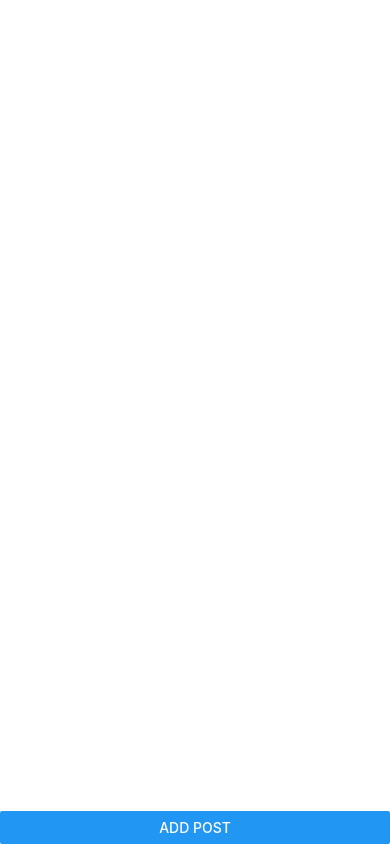
Repository: ntu34543/React-Native
Screen: / (app in demo/)
These files come from the project's save history. The screen is drawn as it stood at one moment and after a run of saves; the edit follows.
The page's requests for data from a server got no answer. The app was drawn by React Native's web renderer in a window 390 px wide. The project was rebuilt for these pictures with package versions that can differ from the ones it lists, and the page was loaded fresh each time. No one was signed in, and anything a server would have sent is missing.

Above is the screen before, as saved 2022-09-13 11:36:18.

### demo/App.js
import { StatusBar } from "expo-status-bar";
import { useEffect, useState } from "react";
import { Button, FlatList, StyleSheet, Text, View, TouchableOpacity } from "react-native";
import { AntDesign } from "@expo/vector-icons";

export default function App() {
  const [data, setData] = useState([]);

  const getPosts = () => {
    fetch("https://6995-14-224-144-137.ap.ngrok.io/posts")
      .then((res) => res.json())
      .then((resJson) => {
        console.log("data", resJson);
        setData(resJson);
      })
      .catch((e) => console.error(e));
  };

  const addPosts = (title, author) => {
    fetch("https://6995-14-224-144-137.ap.ngrok.io/posts", {
      method: "POST",
      headers: {
        "Content-Type": "application/json",
        Accept: "application/json",
      },
      body: JSON.stringify({
        title: title,
        author: author,
      }),
    })
      .then((res) => res.json())
      .then((resJson) => {
        console.log("data", resJson);
        setData(resJson);
      })
      .catch((e) => console.error(e));
  };

  useEffect(() => {
    getPosts();
  }, []);
  return (
    <View style={styles.container}>
      <StatusBar style="auto" />
      <FlatList
        data={data}
        keyExtractor={(item, index) => index.toString()}
        renderItem={({ item }) => {
          return (
            <View style={styles.container}>
              <Text>{item.title}</Text>
              <Text>{item.author}</Text>
              <TouchableOpacity>
                <AntDesign name="delete" size={24} />
              </TouchableOpacity>
            </View>
          );
        }}
      />
      <Button title="Add Post" onPress={() => {addPosts('title', 'posts')}}/>
    </View>
  );
}

const styles = StyleSheet.create({
  container: {
    flex: 1,
    backgroundColor: "#fff",
    justifyContent: "center",
  },
});

After the next 4 saves:
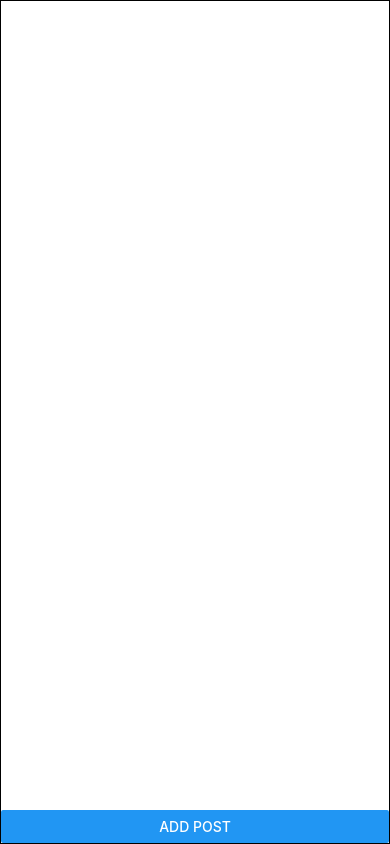
The 4 saves are shown as one change because 2 did not build or start and some came seconds apart.
The last was saved 41 s later.
--- a/demo/App.js
+++ b/demo/App.js
@@ -67,5 +67,7 @@ const styles = StyleSheet.create({
     flex: 1,
     backgroundColor: "#fff",
     justifyContent: "center",
+    borderWidth: 1,
+    borderColor: 'black',
   },
 });
